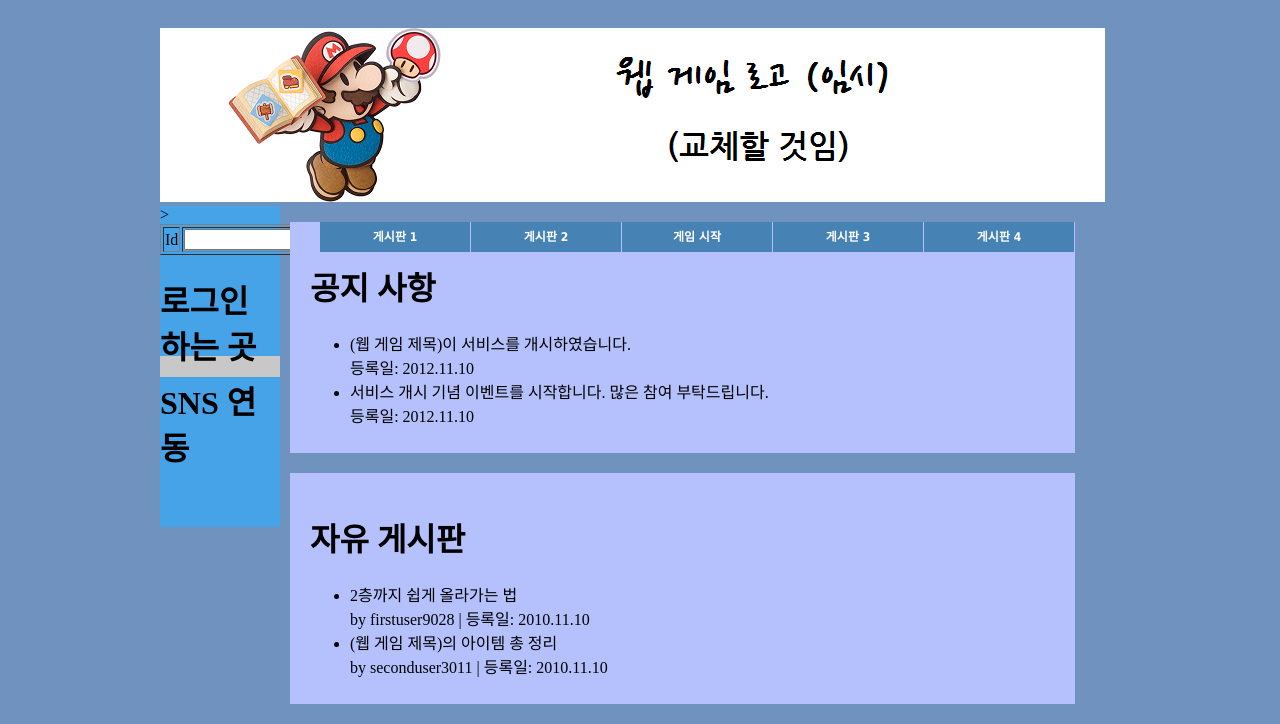
Repository: gunhe123/web_programing_project_Team_4
Page: web_game/WebContent/index.html
These files come from the project's save history. The page is drawn as it stood at one moment and after the next save; the edit follows.
The browser window is 1280 px wide. The pictures show the whole page.

Above is the page before, as saved 2012-11-10 16:39:20.

After the next save:
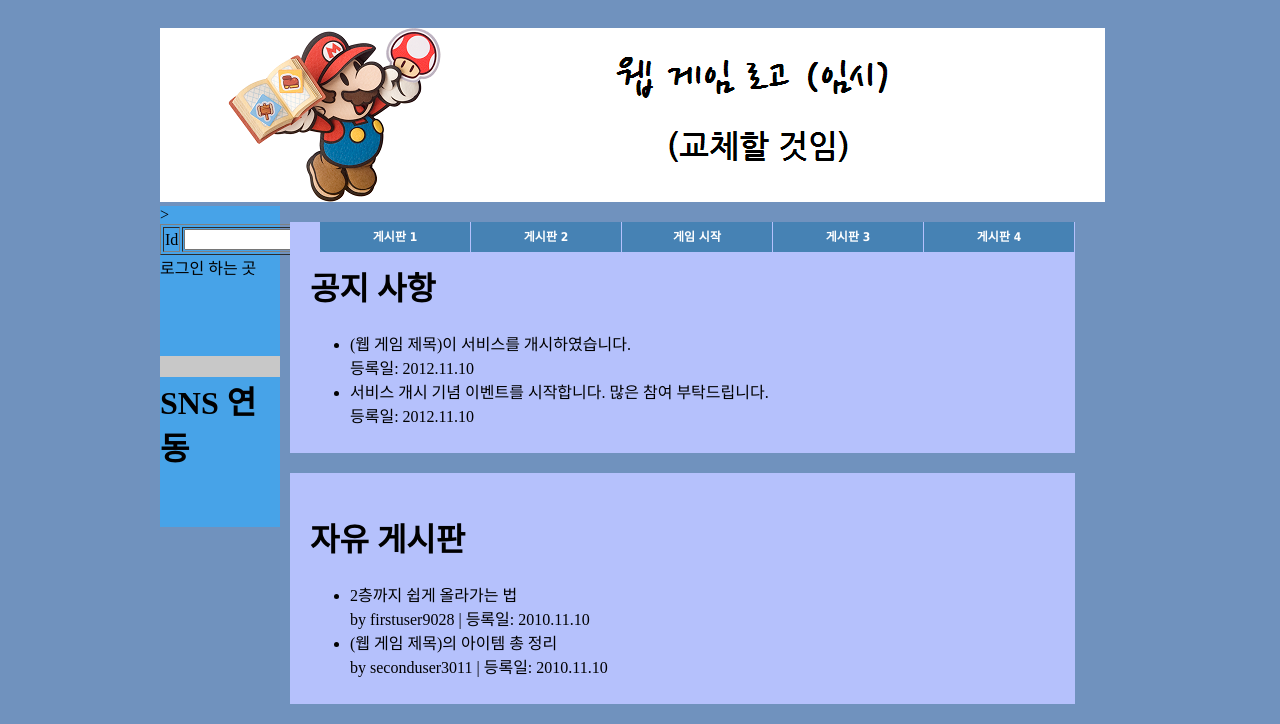
Saved 17 s later.
--- a/web_game/WebContent/index.html
+++ b/web_game/WebContent/index.html
@@ -23,7 +23,7 @@
 				</td>
 				</tr>>
 			</table>
-			<h1>로그인 하는 곳</h1>
+			로그인 하는 곳
 			</div>
 			<div id="sns">
 			<h1>SNS 연동</h1>
